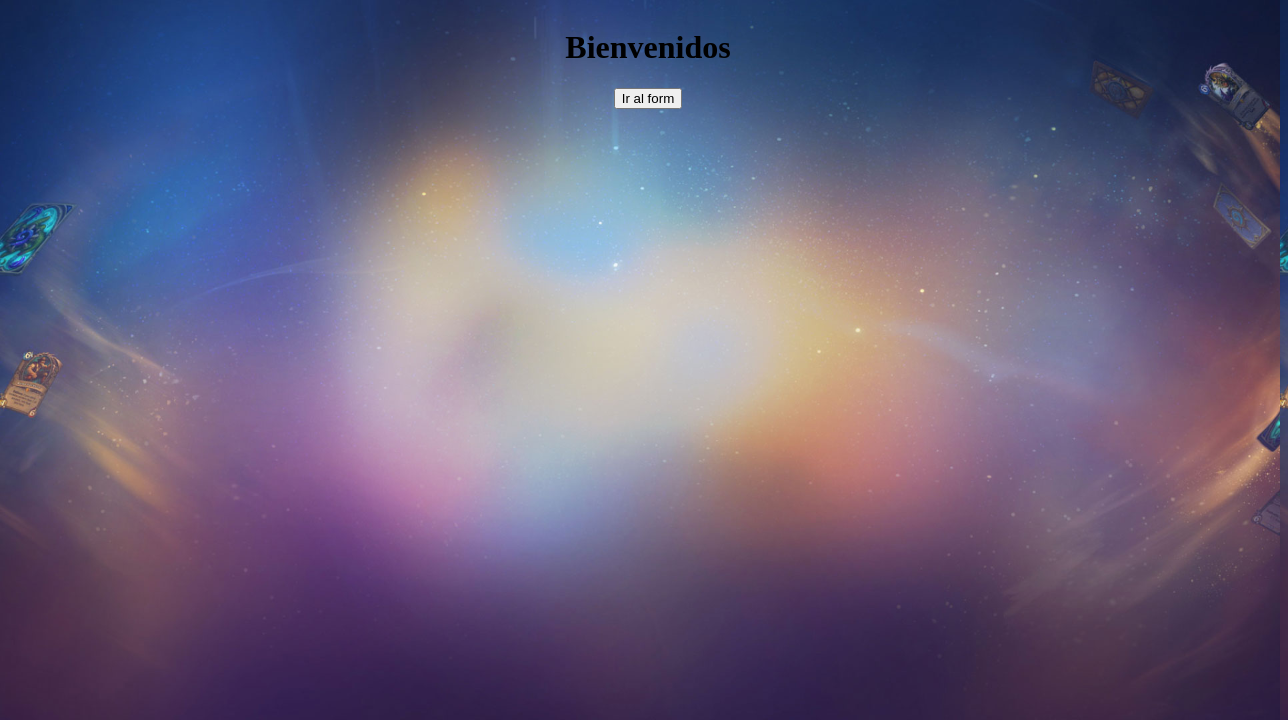
Repository: azumay/Juego-Cartas-RPG
Page: http://localhost/Prueba/
The author's editor kept a copy of each file at every save. The page is drawn from the files as they stood at one save, then again after the next save.
The browser window is 1280 px wide. The page is 1288 px wide, so the pictures cover 1288 px, including what lies to the right of the window. The pictures show the whole page.
The page is served by Tomcat 9.

Above is the page before, as saved 2022-02-17 14:50:00.

After the next save:
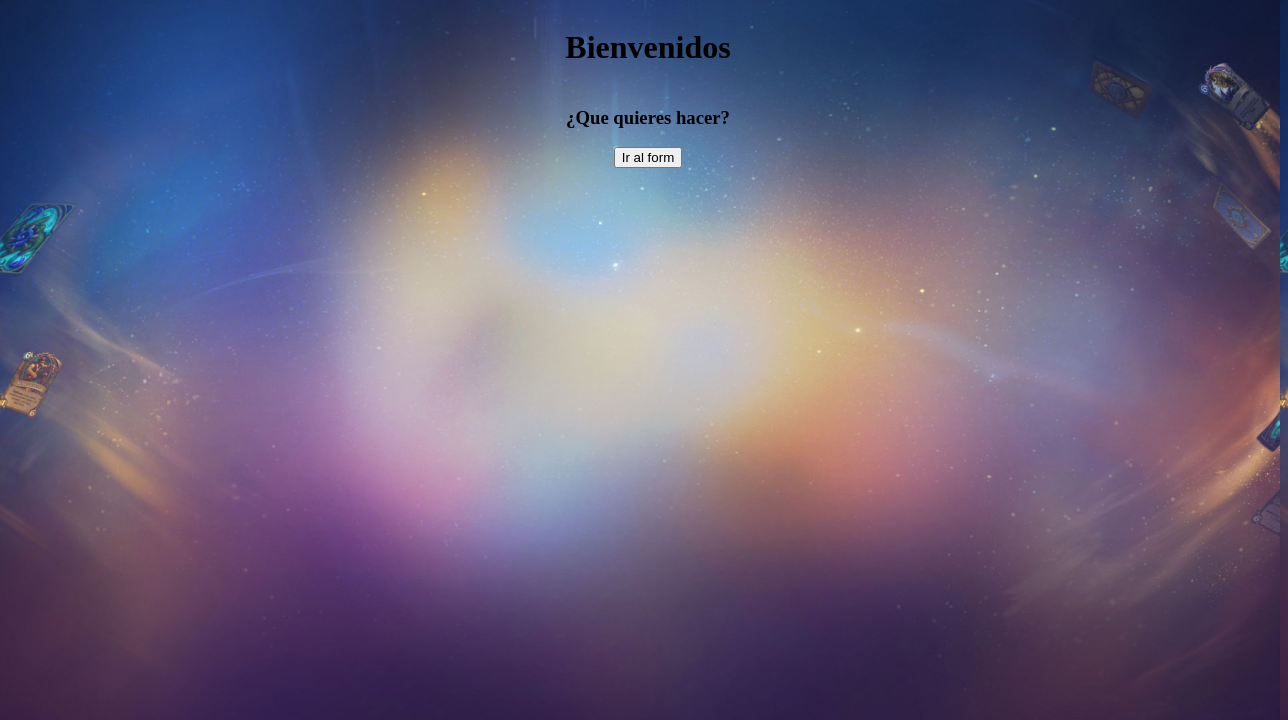
Saved 23 s later.
--- a/Prueba/src/main/webapp/index.jsp
+++ b/Prueba/src/main/webapp/index.jsp
@@ -14,6 +14,8 @@
 
 <h1>Bienvenidos</h1>
 
+<h3>¿Que quieres hacer?</h3>
+
 <a href='form.jsp'>
 <button>
 Ir al form
